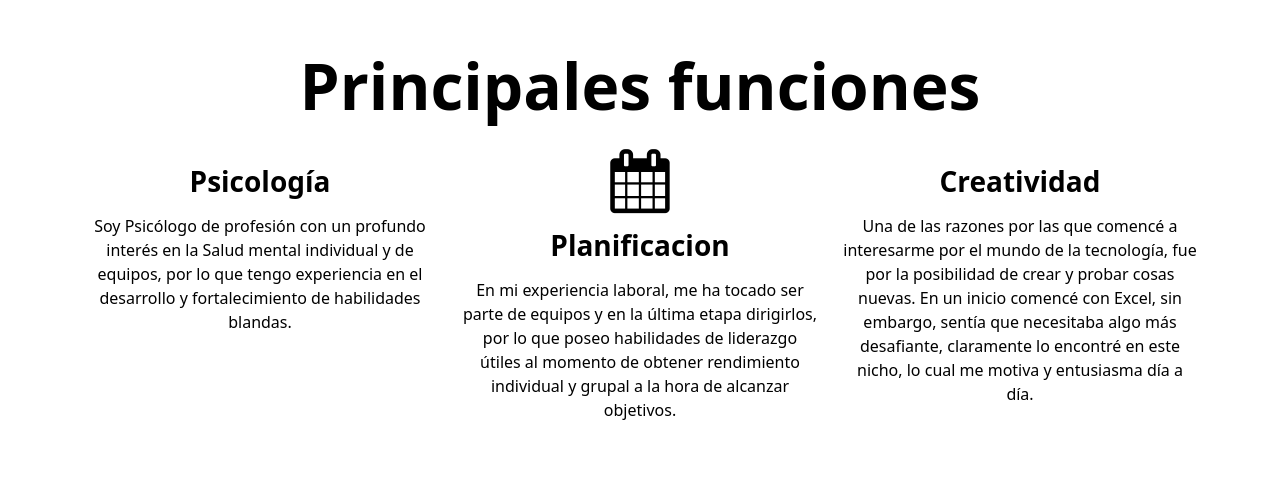
Repository: cvalenciapatagonia/Desafio-4-React-I
Page: /
These files come from the project's save history. The page is drawn as it stood at one moment and after the next save; the edit follows.
The browser window is 1280 px wide. The pictures show the part of the page from y = 698 to 1184 px (the page is 2075 px tall before and 2155 px after).
Pictures or frames that could not be fetched are drawn as grey boxes. The page's requests for data from a server got no answer. The project was rebuilt for these pictures with package versions that can differ from the ones it lists, and the page was loaded fresh each time. No one was signed in, and anything a server would have sent is missing. Also part of the build but not shown: vite.config.js, src/App.css.

Above is the page before, as saved 2023-09-08 14:38:32.

### index.html
<!doctype html>
<html lang="en">
  <head>
    <meta charset="UTF-8" />
    <link rel="icon" type="image/svg+xml" href="/vite.svg" />
    <meta name="viewport" content="width=device-width, initial-scale=1.0" />
    <title>Desafio 4 React I</title>
  </head>
  <body>
    <div id="root">


    </div>
    <script type="module" src="/src/main.jsx"></script>
  </body>
</html>

### src/main.jsx

import React from 'react'
import ReactDOM from 'react-dom/client'
import App from './App.jsx'

import './index.css'


ReactDOM.createRoot(document.getElementById('root')).render(
  <React.StrictMode>
    <App />
  </React.StrictMode>,
)

### src/App.jsx
import React, { useState } from "react";
import 'bootstrap-icons/font/bootstrap-icons.css';
import "font-awesome/css/font-awesome.css";
import "./App.css";
import "bootstrap/dist/css/bootstrap.min.css";
import MiApi from './components/MiApi';
import Buscador from './components/Buscador';

function App() {
  const [sortOption, setSortOption] = useState("asc"); // Estado para almacenar la opción de ordenamiento

  return (
    <div className="App">
      <header>
        {/* BARRA DE NAVEGACION */}
        <nav className="navbar navbar-expand-lg navbar-dark fixed-top navbar-custom">
          <div className="container">
            {/* <img src="assets/img/logo.png" className="img-fluid img-logo" /> */}
            <button
              className="navbar-toggler"
              type="button"
              data-bs-toggle="collapse"
              data-bs-target="#navbarTogglerDemo01"
              aria-controls="navbarTogglerDemo01"
              aria-expanded="false"
              aria-label="Toggle navigation"
            >
              <span className="navbar-toggler-icon"></span>
            </button>
            <div className="collapse navbar-collapse" id="navbarTogglerDemo01">
              <a className="navbar-brand" href="#"></a>
              <ul className="navbar-nav ms-auto mb-2 mb-lg-0 fs-5">
                <li className="nav-item">
                  <a
                    className="nav-link active text-light"
                    aria-current="page"
                    href="#Acerca-de-mi"
                  >
                    Funciones
                  </a>
                </li>
                <li className="nav-item">
                  <a
                    className="nav-link active text-light"
                    href="#Mis-proyectos"
                  >
                    Demo
                  </a>
                </li>
                <li className="nav-item">
                  <a className="nav-link active text-light" href="#Contacto">
                    Contacto
                  </a>
                </li>
              </ul>
            </div>
          </div>
        </nav>
        {/* Fin de la barra de navegación */}
      </header>

      <section id="Hero-Section" className="text-dark text-end py-5 mt-5">
        <div className="container">
          <div className="ms-auto col-12 col-md-7">
            <h1 className="display-1 fw-bold my-5">
              Festiday 🌶️ {/* El signo agregado significa "cursando" */}
            </h1>
            <p className="my-5 fw-bold">
              Festiday es una aplicacion beta que permite observar en tiempo
              real los dias festivos de Chile. La aplicacion cuenta con
              distintas funcionalidades tales como un widget de escritorio y la
              posibilidad de vincularlo con google calendar y Outlook.
            </p>
            <div className="mb-5 pb-5">
              <a
                className="btn btn-lg btn-outline-info text-dark me-4"
                href="#Mis-proyectos"
              >
                Prueba la demo
              </a>
              <a
                className="btn btn-lg btn-outline-info text-dark"
                href="#Contacto"
              >
                Contactanos
              </a>
            </div>
          </div>
        </div>
      </section>

      {/* ACERCA DE MI */}
      <section id="Acerca-de-mi" className="container text-center my-5">
        <h2 className="display-3 fw-bold my-4">Principales funciones</h2>




        <div className="row">
          <div className="col-12 col-md-4">
            <i className="fas fa-solid fa-brain fa-3x my-3"></i>
            <h3 className="my-3 fw-bold">Psicología</h3>
            <p className="my-3">
              Soy Psicólogo de profesión con un profundo interés en la Salud
              mental individual y de equipos, por lo que tengo experiencia en el
              desarrollo y fortalecimiento de habilidades blandas.
            </p>
          </div>
          <div className="col-12 col-md-4">
          <i className="fa fa-calendar fa-4x"></i>
            <h3 className="my-3 fw-bold">Planificacion</h3>
            <p className="my-3">
              En mi experiencia laboral, me ha tocado ser parte de equipos y en
              la última etapa dirigirlos, por lo que poseo habilidades de
              liderazgo útiles al momento de obtener rendimiento individual y
              grupal a la hora de alcanzar objetivos.
            </p>
          </div>
          <div className="col-12 col-md-4">
            <i className="fas fa-regular fa-lightbulb fa-3x my-3"></i>
            <h3 className="my-3 fw-bold">Creatividad</h3>
            <p className="my-3">
              Una de las razones por las que comencé a interesarme por el mundo
              de la tecnología, fue por la posibilidad de crear y probar cosas
              nuevas. En un inicio comencé con Excel, sin embargo, sentía que
              necesitaba algo más desafiante, claramente lo encontré en este
              nicho, lo cual me motiva y entusiasma día a día.
            </p>
          </div>
        </div>
      </section>
      {/* Fin de ACERCA DE MI */}

      {/* MIS PROYECTOS */}
      <section id="Mis-proyectos" className="my-5 p-5">
        <div className="container">
          <h2 className="display-4 fw-bold text-center text-dark mb-3">
            Festiday App demo
          </h2>
          <Buscador onSortChange={setSortOption} />
          <MiApi
            apiURL="https://api.victorsanmartin.com/feriados/en.json"
            sortOption={sortOption}
          />

          <div className="row"></div>
        </div>
      </section>
      {/* Fin de MIS PROYECTOS */}

      {/* CONTACTAME */}
      <section id="Contacto" className="container my-5">
        <h2 className="display-4 fw-bold text-center my-4">Contáctanos</h2>

        <p className="text-center my-4 d-none d-md-block">
          Envíanos un mensaje y te ofrecemos una prueba gratuita por 30 dias sin
          costo
        </p>

        <form>
          <div className="form-group mb-4">
            <label className="mb-2">Nombre</label>
            <input className="form-control" placeholder="Nombre" />
          </div>

          <div className="form-group mb-4">
            <label className="mb-2">Correo electrónico</label>
            <input className="form-control" placeholder="Correo electrónico" />
          </div>

          <div className="form-group">
            <label className="mb-2">Mensaje</label>
            <textarea
              className="form-control"
              placeholder="Escribe aquí tu mensaje"
            ></textarea>
          </div>

          <div className="my-3 text-end">
            <button className="btn bg-dark text-light">Enviar</button>
          </div>
        </form>
      </section>
      {/* Fin de CONTACTAME */}

      {/* FOOTER */}
      <footer className="text-center text-light p-4">
        <p className="mb-0">
          Cristian Valencia 2023. Todos los derechos reservados.
        </p>
      </footer>
      {/* Fin de FOOTER */}
    </div>
  );
}

export default App;

{
  /* <h1>Feriados en Chile</h1> */
}
{
  /* Pasa el estado y la función de cambio de ordenamiento al componente Buscador */
}

### src/index.css
:root {
  font-family: Inter, system-ui, Avenir, Helvetica, Arial, sans-serif;
  line-height: 1.5;
  font-weight: 400;

  color-scheme: light dark;
  color: rgba(255, 255, 255, 0.87);
  background-color: #242424;

  font-synthesis: none;
  text-rendering: optimizeLegibility;
  -webkit-font-smoothing: antialiased;
  -moz-osx-font-smoothing: grayscale;
  -webkit-text-size-adjust: 100%;
}

a {
  font-weight: 500;
  color: #646cff;
  text-decoration: inherit;
}
a:hover {
  color: #535bf2;
}

body {
  margin: 0;
  display: flex;
  place-items: center;
  justify-content: center;
  min-width: 320px;
  min-height: 100vh;
}

h1 {
  font-size: 3.2em;
  line-height: 1.1;
}

table {
  width: 100%;
  border-collapse: collapse;
}

table th, table td {
  text-align: start;
  padding: 8px;
  border: 1px solid #ddd;
}


table th {
  background-color: rgb(198, 43, 43);
  font-weight: bold;
}


 .navbar-custom {
  background-color: rgb(0, 0, 0);
}

.img-logo {
  height: 250px;
  width: 350px;
}

@media (max-width: 576px) {
  .img-logo {
    height: 150px;
    width: 250px;
  }
}

#Hero-Section {
  background-repeat: no-repeat;
  background-size: cover;
  background-position: left;
  height: 650px;
  background-image: url(./assets/img/luxa.org-opacity-changed-Bg.jpg);

}

/* #Mis-proyectos .image-top {
  height: 250px;
  background-repeat: no-repeat;
  background-size: cover;
  background-position: center;
} */

#Mis-proyectos {
  background-image: url("../img/fondo\ \(7\).jpg");
  background-repeat: no-repeat;
  background-size: cover;
  background-position: left;
}

#Acerca-de-mi {
  color: black;
}

#Contacto {
  color: black;
}

footer {
  background-color: black;
}

.button-custom {
  background-color: black;
}

.subtitulo2 {
  display: inline;
  font-size: 2em;
}

@media only screen and (max-width: 576px) {
  .subtitulo2 {
    font-size: 1.2rem;
    line-height: 1.2;
  }
}

### src/components/MiApi.jsx
import React, { useEffect, useState } from 'react';
import moment from 'moment';

function MiApi({ apiURL, sortOption }) {
  const [holidays, setHolidays] = useState([]);
  const [sortedHolidays, setSortedHolidays] = useState([]);

  useEffect(() => {
    fetch(apiURL)
      .then((response) => response.json())
      .then((data) => {
        if (data.status === 'success') {
          setHolidays(data.data);
        }
      })
      .catch((error) => {
        console.error('Error al obtener datos de la API de feriados de Chile:', error);
      });
  }, [apiURL]);

  useEffect(() => {
    const sortHolidays = () => {
      const sorted = [...holidays];
      if (sortOption === 'asc') {
        sorted.sort((a, b) => moment(a.date).diff(moment(b.date)));
      } else if (sortOption === 'desc') {
        sorted.sort((a, b) => moment(b.date).diff(moment(a.date)));
      } else if (sortOption === 'month') {
        sorted.sort((a, b) => moment(a.date).month() - moment(b.date).month());
      }
      setSortedHolidays(sorted);
    };

    sortHolidays();
  }, [sortOption, holidays]);

  return (
    <div className="MiApi">
      <table>
        <thead>
          <tr>
            <th>Feriado</th>
            <th>Fecha</th>
          </tr>
        </thead>
        <tbody>
          {sortedHolidays.map((holiday) => (
            <tr key={holiday.date}>
              <td>{holiday.title}</td>
              <td>{holiday.date}</td>
            </tr>
          ))}
        </tbody>
      </table>
    </div>
  );
}

export default MiApi;

### src/components/Buscador.jsx
import React, { useState } from 'react';

function Buscador({ onSortChange }) {
  const [sortOption, setSortOption] = useState('asc'); // Opción de ordenamiento predeterminada

  const handleSortChange = (e) => {
    const selectedOption = e.target.value;
    setSortOption(selectedOption);
    onSortChange(selectedOption);
  };

  return (
    <div className="Buscador">
      <label htmlFor="sortSelect">Ordenar por:</label>
      <select id="sortSelect" value={sortOption} onChange={handleSortChange}>
        <option value="asc">Fecha Ascendente</option>
        <option value="desc">Fecha Descendente</option>
        <option value="month">Por Mes</option>
      </select>
    </div>
  );
}

export default Buscador;

After the next save:
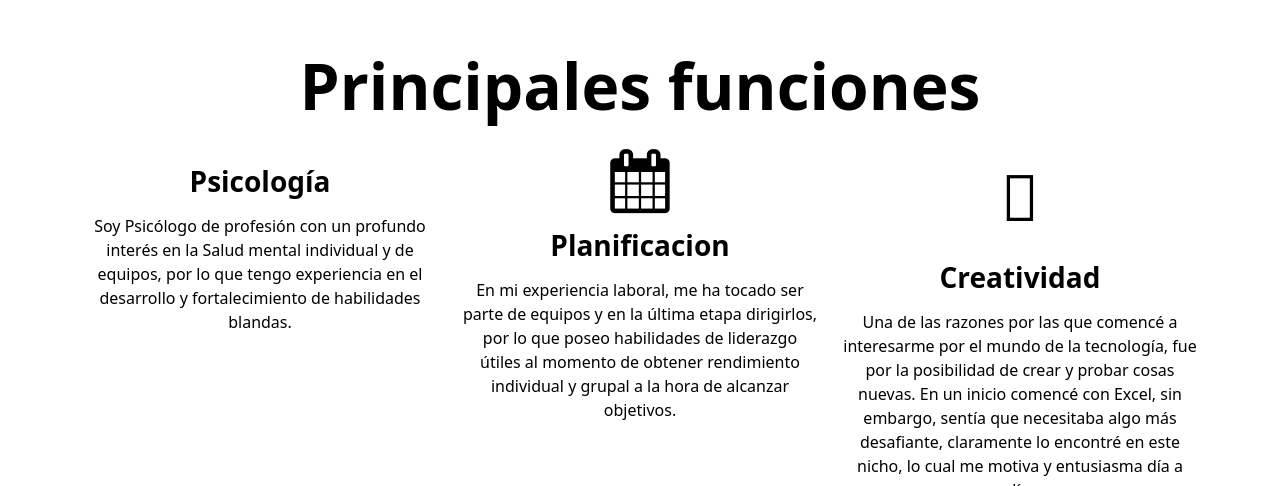
Saved 52 s later.
--- a/src/App.jsx
+++ b/src/App.jsx
@@ -117,7 +117,7 @@ function App() {
             </p>
           </div>
           <div className="col-12 col-md-4">
-            <i className="fas fa-regular fa-lightbulb fa-3x my-3"></i>
+          <i className="fas fa-bell fa-4x"></i>
             <h3 className="my-3 fw-bold">Creatividad</h3>
             <p className="my-3">
               Una de las razones por las que comencé a interesarme por el mundo
